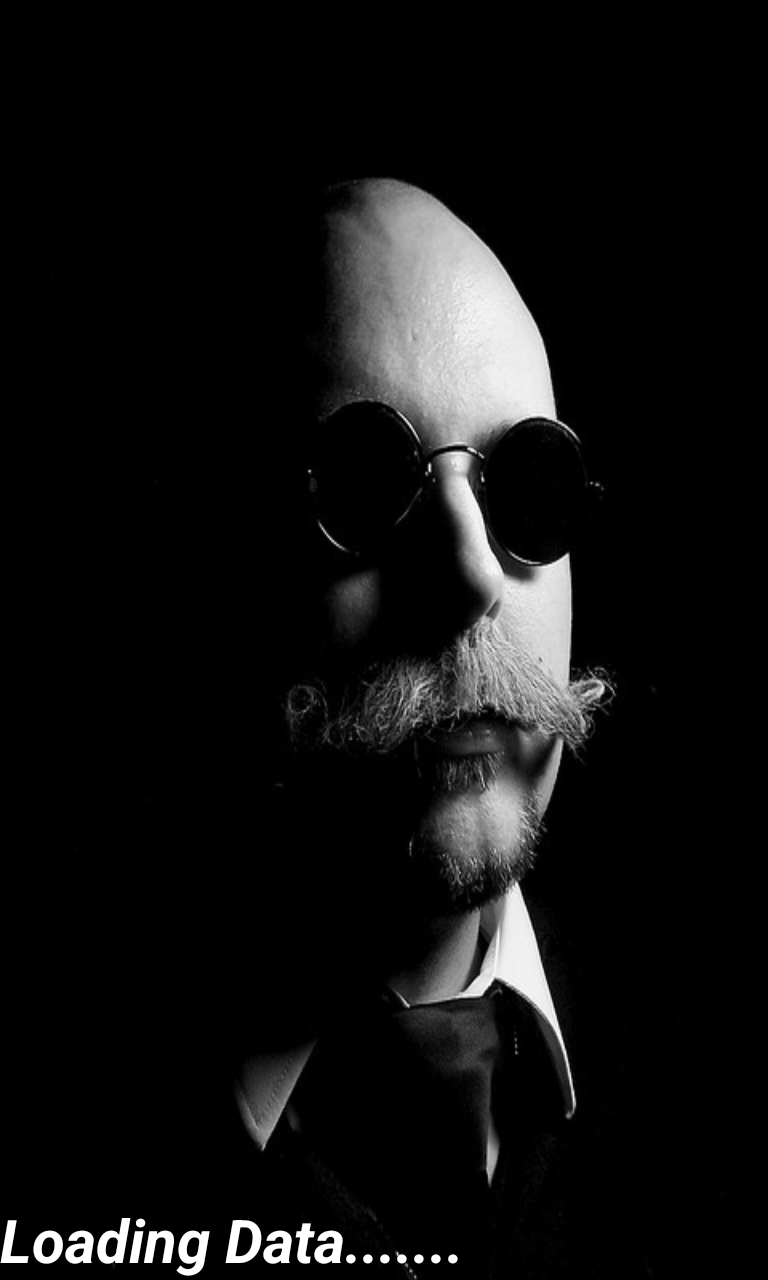
Repository: gt212345/p4p-android
Layout: p4p-android/res/layout/activity_welcome.xml
These files come from the project's save history. The layout is drawn as it stood at one moment and after the next save; the edit follows.
Pictures or frames that could not be fetched are drawn as grey boxes. It is drawn on a 768 x 1280 px phone screen (xhdpi) without system bars, with theme AppTheme; the app's code is not run.

Above is the layout before, as saved 2014-05-25 02:59:06.

After the next save:
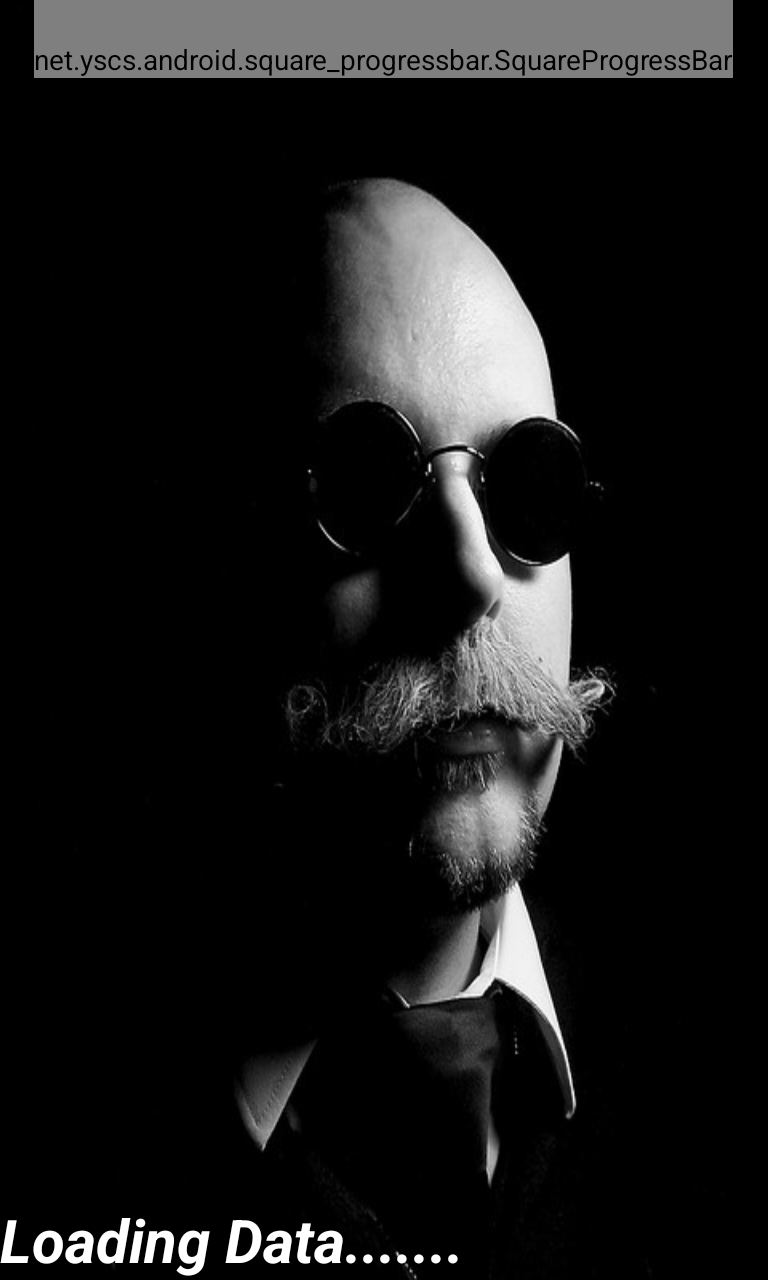
Saved 4 min 34 s later.
--- a/p4p-android/res/layout/activity_welcome.xml
+++ b/p4p-android/res/layout/activity_welcome.xml
@@ -17,4 +17,13 @@
         android:textSize="30dp"
         android:textStyle="italic|bold" />
 
+    <net.yscs.android.square_progressbar.SquareProgressBar
+        android:id="@+id/subi"
+        android:layout_width="wrap_content"
+        android:layout_height="wrap_content"
+        android:layout_alignParentTop="true"
+        android:layout_centerHorizontal="true"
+        android:paddingTop="20dp" >
+    </net.yscs.android.square_progressbar.SquareProgressBar>
+
 </RelativeLayout>

After the save that followed:
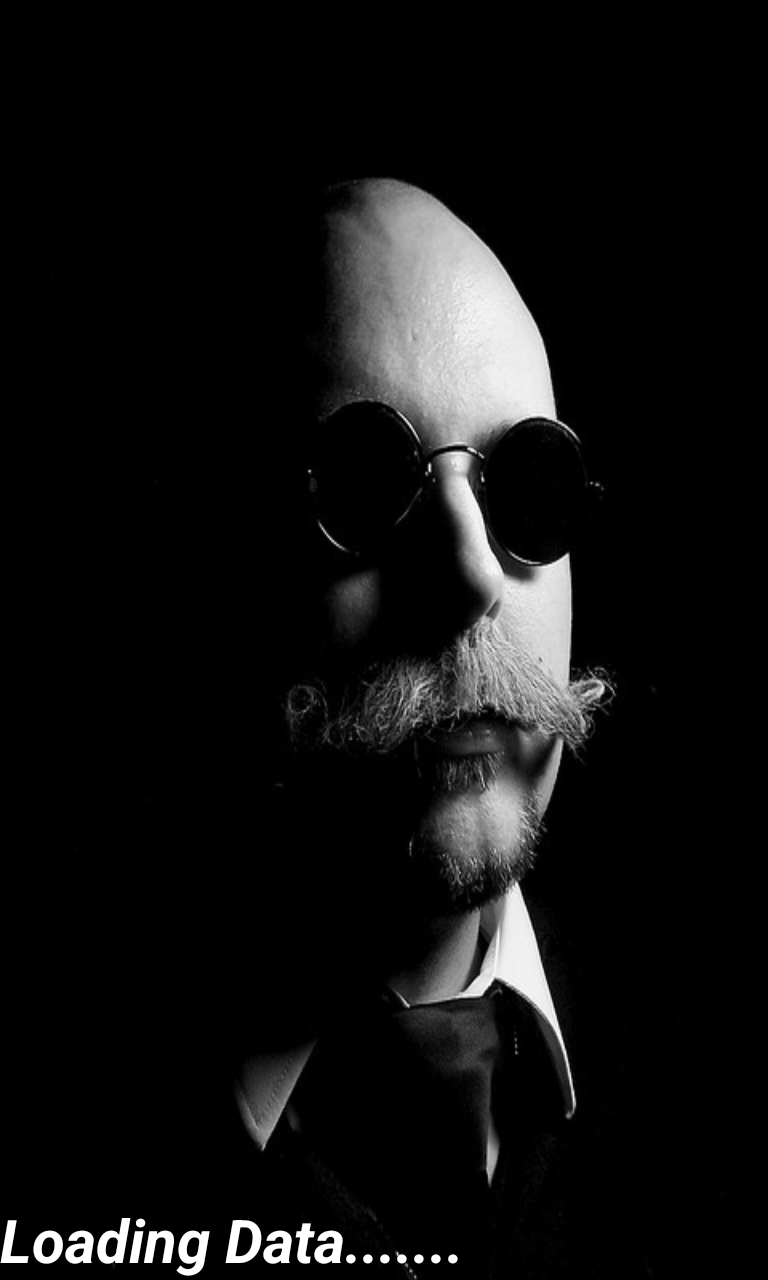
Saved 19 s later.
--- a/p4p-android/res/layout/activity_welcome.xml
+++ b/p4p-android/res/layout/activity_welcome.xml
@@ -17,13 +17,6 @@
         android:textSize="30dp"
         android:textStyle="italic|bold" />
 
-    <net.yscs.android.square_progressbar.SquareProgressBar
-        android:id="@+id/subi"
-        android:layout_width="wrap_content"
-        android:layout_height="wrap_content"
-        android:layout_alignParentTop="true"
-        android:layout_centerHorizontal="true"
-        android:paddingTop="20dp" >
-    </net.yscs.android.square_progressbar.SquareProgressBar>
+
 
 </RelativeLayout>
